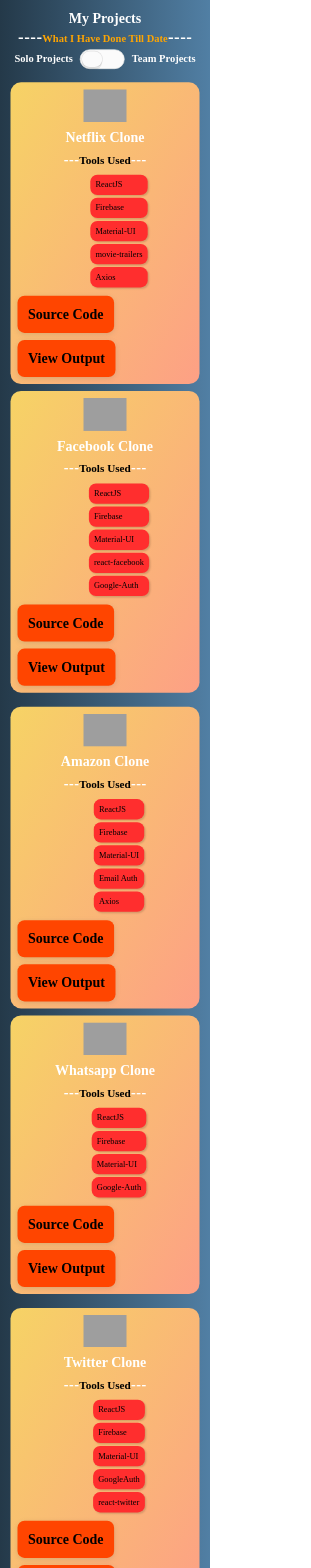
Repository: rgnSayan/my-portfolio-react
Page: /
The author's editor kept a copy of each file at every save. The page is drawn from the files as they stood at one save, then again after the next save.
The browser window is 375 px wide. The page is 444 px wide, so the pictures cover 444 px, including what lies to the right of the window. The pictures show the part of the page from y = 831 to 3071 px (the page is 5882 px tall before and 5956 px after), at 70% of full size.
Pictures or frames that could not be fetched are drawn as grey boxes. Some web fonts or font styles are not loaded; a fallback is used. The project was rebuilt for these pictures with package versions that can differ from the ones it lists, and the page was loaded fresh each time. Also part of the build but not shown: src/Components/GroupProjects.css, src/Components/GroupProjects.js. Imported but missing from the stored project, and not drawn on this page: src/document/document.pdf.

Above is the page before, as saved 2021-09-17 01:59:39.

After the next save:
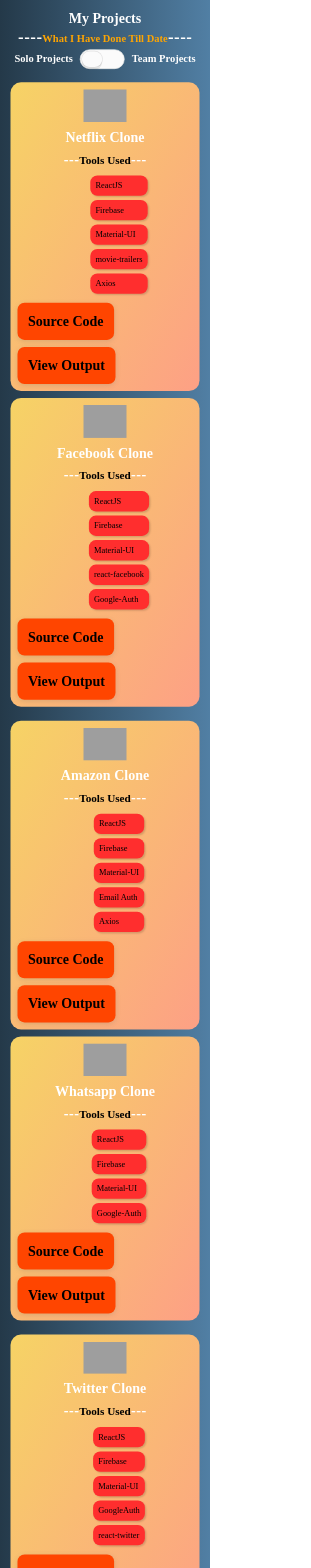
Saved 16 s later.
--- a/src/Components/SoloProjects.css
+++ b/src/Components/SoloProjects.css
@@ -86,7 +86,7 @@
   }
   .soloProjects__card > ul > li {
     font-size: 12px;
-    margin: 2px;
+    margin: 3px;
   }
   .soloProjects__card > ul {
     display: grid;
